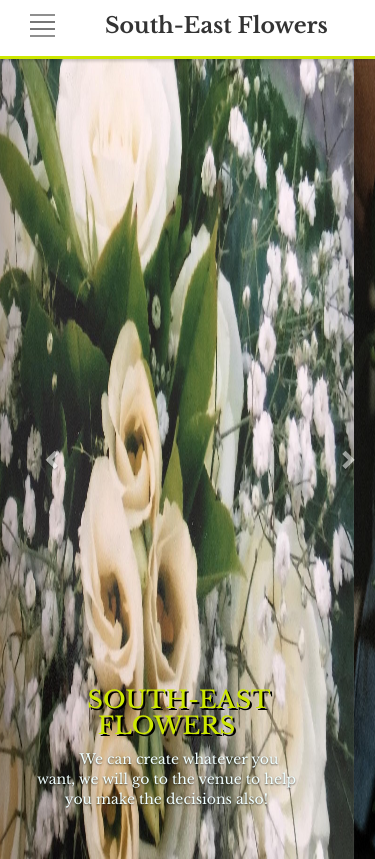
Repository: ConorTC1990/Flowers
Page: carouselweddings.html
The author's editor kept a record of every edit. The page is drawn from the files as they stood at one moment, then again after the next edit.
The browser window is 375 px wide. The pictures show the whole page.
Some web fonts or font styles are not loaded; a fallback is used.

Above is the page before.

After the next edit:
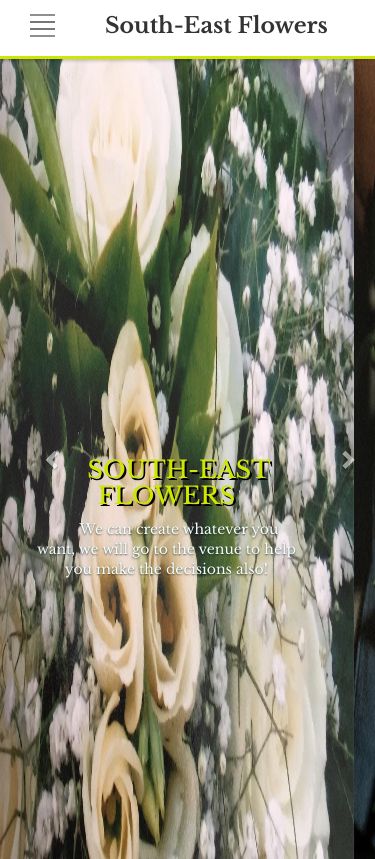
The edit:
--- a/assets/css/style.css
+++ b/assets/css/style.css
@@ -907,7 +907,7 @@
 background-image: cover;
 }
 @media (max-width: 600px){
-.item carousel-caption {.carousel-caption {
+.carousel-caption {
     position: absolute;
     right: 15%;
     bottom: 250px;
